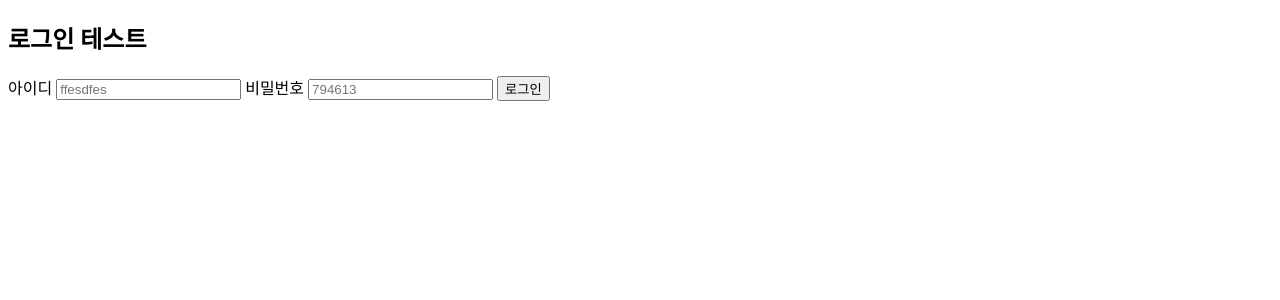
Repository: Tak-kuen/18-2
Page: http://localhost/studyjsp/157_sessionTestForm.jsp
The author's editor kept a copy of each file at every save. The page is drawn from the files as they stood at one save, then again after the next save.
The browser window is 1280 px wide. The pictures show the whole page.
The page is served by Tomcat 9.

Above is the page before, as saved 2018-09-06 01:40:31.

After the next save:
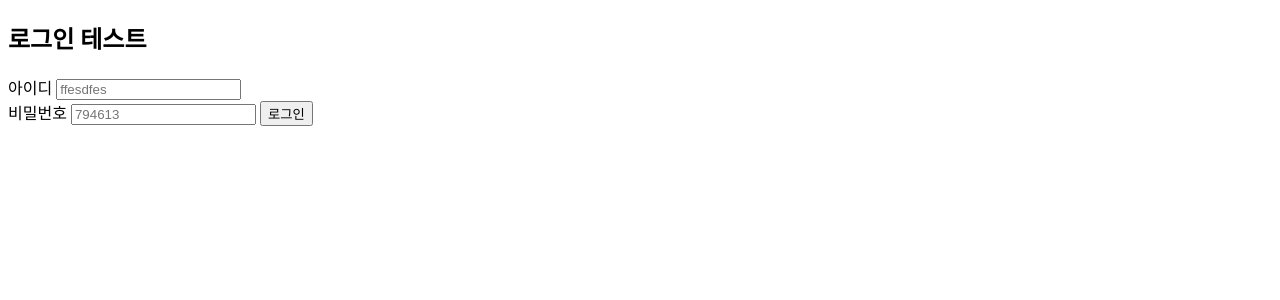
Saved 25 s later.
--- a/code/studyjsp/WebContent/157_sessionTestForm.jsp
+++ b/code/studyjsp/WebContent/157_sessionTestForm.jsp
@@ -11,14 +11,13 @@
 <%if(session.getAttribute("id")==null){%>
 	<form method="post" action="159_sessionTest.jsp">
 	<label for="id">아이디</label>
-	<input id="id" name="id" type="text" placeholder="ffesdfes" required>
+	<input id="id" name="id" type="text" placeholder="ffesdfes" required><br/>
 	<label for="pass">비밀번호</label>
 	<input id="pass" name="pass" type="password" placeholder="794613" required>
 	<input type="submit" value="로그인">
 	</form>
 <% }else {%>
 	<form method="post" action="160_logout.jsp">
-
 	<%=session.getAttribute("id") %>님 환영합니다.
 	<input type="submit" value="로그아웃">
 	</form>
